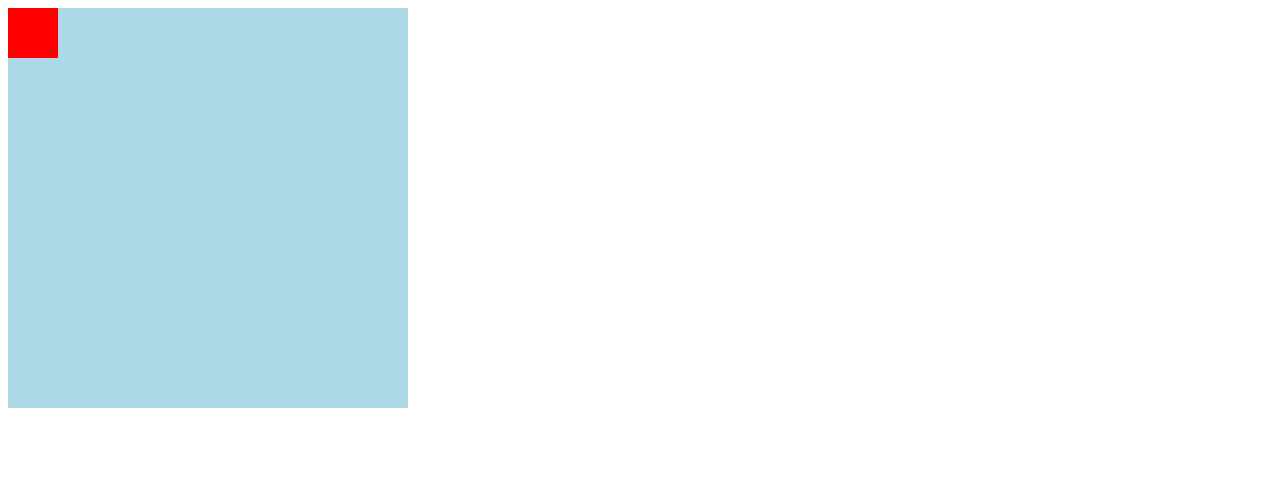
Repository: yuanliumaker/html-css-js
Page: css/float.html
An editor plug-in stored every save of this project. The page is shown before and after the next save, followed by the edit.
The browser window is 1280 px wide. The pictures show the whole page.

Above is the page before, as saved 2025-08-31 17:20:19.

After the next save:
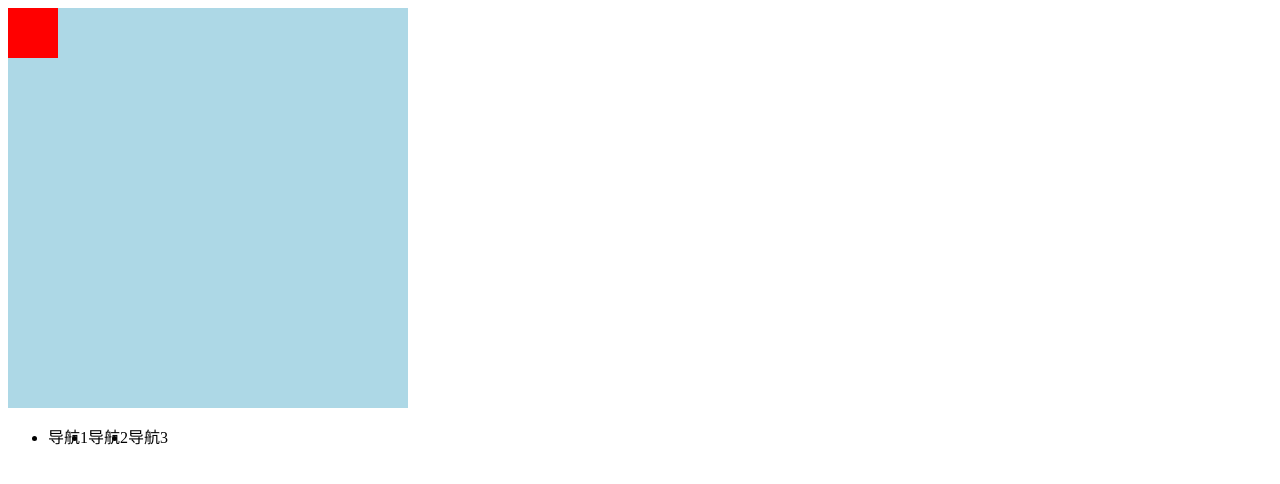
Saved 115 s later.
--- a/css/float.html
+++ b/css/float.html
@@ -20,11 +20,18 @@
             background-color:lightblue;
 
         }
-
+        li{
+            float:left
+        }
     </style>
  </head>
  <body>
     <div class="box"></div>
     <div class="container"></div>
+    <ul>
+        <li>导航1</li>
+        <li>导航2</li>
+        <li>导航3</li>
+    </ul>
  </body>
  </html>
